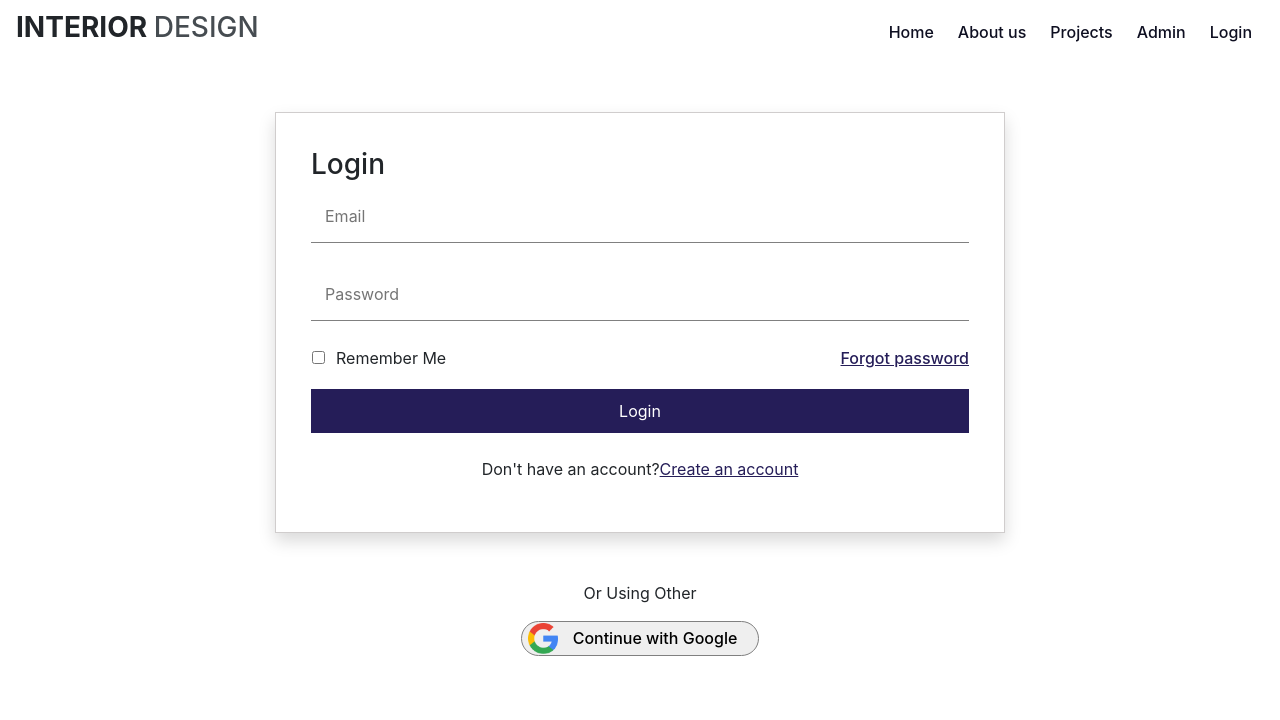
Repository: arif286/home-decoration-client-site
Page: /login, after clicking the first element matching `p.text-center > span`
The author's editor kept a copy of each file at every save. The page is drawn from the files as they stood at one save, then again after the next save.
The browser window is 1280 px wide. The pictures show the whole page.
The project was rebuilt for these pictures with package versions that can differ from the ones it lists, and the page was loaded fresh each time. Also part of the build but not shown: src/components/DashBoard/Admin/AddService/AddService.css, src/components/DashBoard/Admin/AddService/AddService.js, src/components/DashBoard/Admin/MakeAdmin/MakeAdmin.css, src/components/DashBoard/Admin/MakeAdmin/MakeAdmin.js, src/components/DashBoard/Admin/ManageService/ManageService.js, src/components/DashBoard/Admin/OrderList/OrderList.js, src/components/DashBoard/User/Booking/Booking.js, src/components/DashBoard/User/BookingList/BookingList.js and 19 more.

Above is the page before, as saved 2021-04-16 00:01:00.

After the next save:
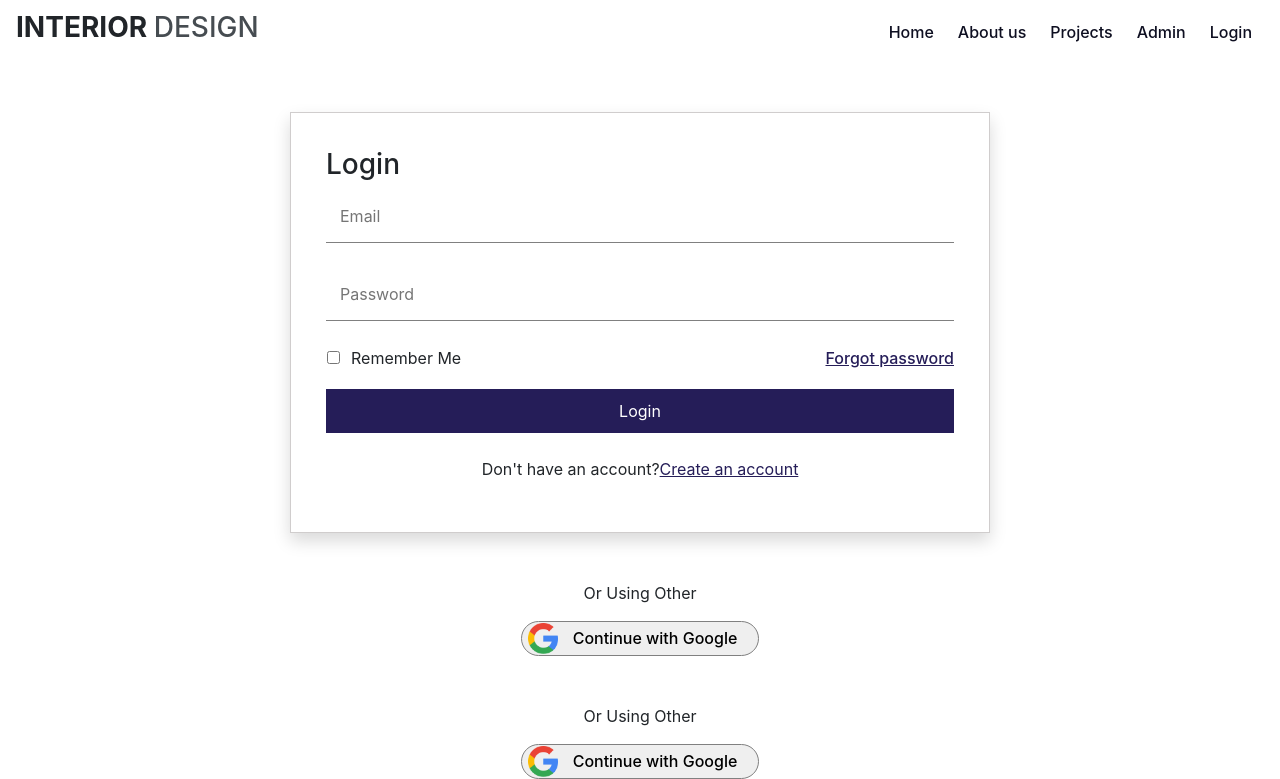
Saved 4 min 44 s later.
--- a/src/components/LoginPage/Login/Login.js
+++ b/src/components/LoginPage/Login/Login.js
@@ -1,6 +1,8 @@
 import React from "react";
+import { Container } from "react-bootstrap";
 import { useForm } from "react-hook-form";
 import { NavLink } from "react-router-dom";
+import GoogleLogin from "../GoogleLogin/GoogleLogin";
 
 const Login = ({ setToggle }) => {
   const { register, handleSubmit } = useForm();
@@ -10,52 +12,57 @@ const Login = ({ setToggle }) => {
   };
 console.log(handleSubmit)
   return (
-    <form
-      className="login-form shadow"
-      onSubmit={() => {
-        handleSubmit(onSubmit);
-      }}
-    >
-      <h3>Login</h3>
-      <input
-        type="email"
-        {...register("email", { required: true })}
-        placeholder="Email"
-      />
-      <input
-        type="password"
-        {...register("password", { required: true })}
-        placeholder="Password"
-      />
-      <div className="d-flex justify-content-between">
-        <div>
-          <input
-            style={{ width: "15px", marginRight: "10px" }}
-            type="checkbox"
-            id="rememberMe"
-            name="rememberMe"
-            value="Bike"
-          />
-          <label htmlFor="rememberMe">Remember Me</label>
+    <Container>
+      <form
+        className="login-form shadow"
+        onSubmit={() => {
+          handleSubmit(onSubmit);
+        }}
+      >
+        <h3>Login</h3>
+        <input
+          type="email"
+          {...register("email", { required: true })}
+          placeholder="Email"
+        />
+        <input
+          type="password"
+          {...register("password", { required: true })}
+          placeholder="Password"
+        />
+        <div className="d-flex justify-content-between">
+          <div>
+            <input
+              style={{ width: "15px", marginRight: "10px" }}
+              type="checkbox"
+              id="rememberMe"
+              name="rememberMe"
+              value="Bike"
+            />
+            <label htmlFor="rememberMe">Remember Me</label>
+          </div>
+          <NavLink to="" className="reset-password">
+            Forgot password
+          </NavLink>
         </div>
-        <NavLink to="" className="reset-password">
-          Forgot password
-        </NavLink>
+        <button type="submit" className="w-100 submit-btn">
+          Login
+        </button>
+        <p className="text-center mt-4">
+          Don't have an account?
+          <span
+            onClick={() => {
+              setToggle(false);
+            }}
+          >
+            Create an account
+          </span>
+        </p>
+      </form>
+      <div className="mt-5 text-center">
+        <GoogleLogin />
       </div>
-      <button type="submit" className="w-100 submit-btn">
-        Login
-      </button>
-      <p className="text-center mt-4">
-        Don't have an account?
-        <span
-          onClick={() => {
-            setToggle(false);
-          }}
-        >
-          Create an account
-        </span>
-      </p>
-    </form>
+    </Container>
   );
 };
 
